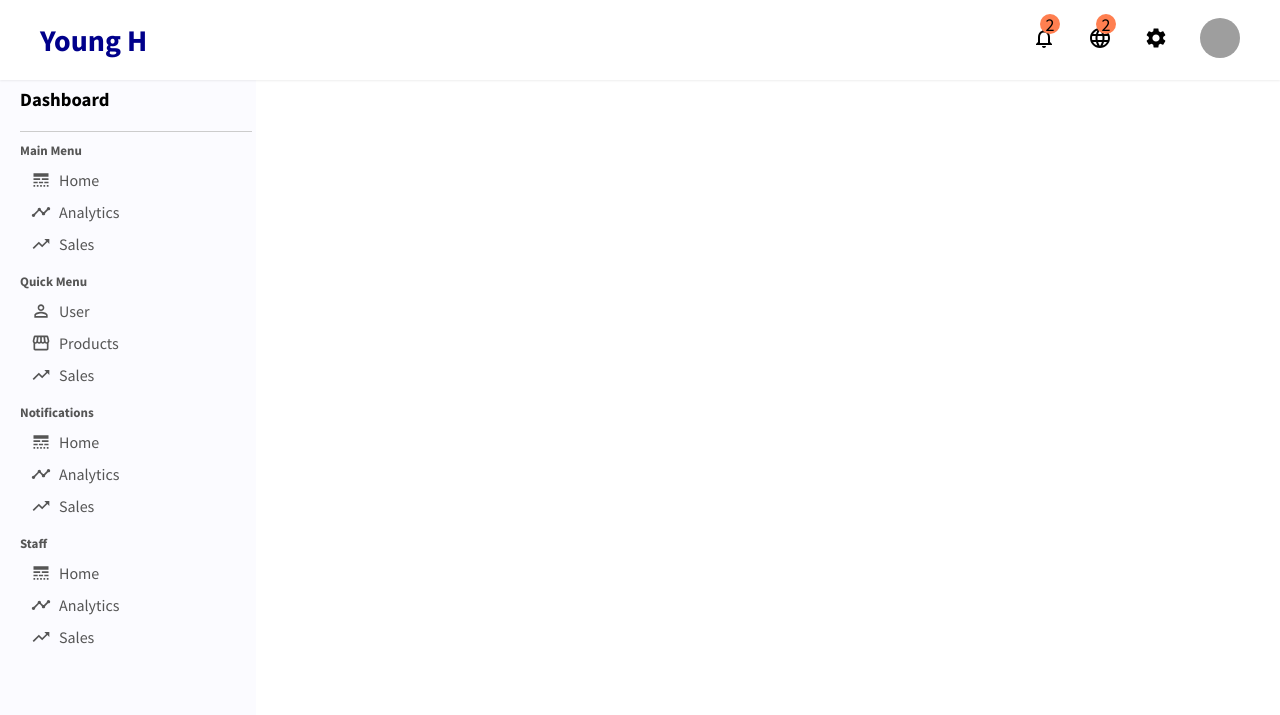
Repository: noname20011/admin
Page: /
These files come from the project's save history. The page is drawn as it stood at one moment and after the next save; the edit follows.
The browser window is 1280 px wide. The pictures show the whole page.
Pictures or frames that could not be fetched are drawn as grey boxes. The project was rebuilt for these pictures with package versions that can differ from the ones it lists, and the page was loaded fresh each time.

Above is the page before, as saved 2021-11-13 10:13:14.

### public/index.html
<!DOCTYPE html>
<html lang="en">
  <head>
    <meta charset="utf-8" />
    <link rel="icon" href="%PUBLIC_URL%/favicon.ico" />
    <meta name="viewport" content="width=device-width, initial-scale=1" />
    <meta name="theme-color" content="#000000" />
    <meta
      name="description"
      content="Web site created using create-react-app"
    />
    <!-- GOOGLE FONTS -->
    <link href="https://fonts.googleapis.com/css2?family=Source+Sans+Pro:wght@200;300;400;600;700;900&display=swap" rel="stylesheet">
    <style>
      * {
        font-family: 'Source Sans Pro', sans-serif;
        padding: 0;
        margin: 0;
      }
    </style>
    <title>React Admin App</title>
  </head>
  <body>
    <div id="root"></div>
  </body>
</html>

### src/App.js
import Topbar from "./comopnents/topbar/Topbar";
import Sidebar from "./comopnents/sidebar/Sidebar";
import './app.css'
function App() {
  return (
    <div>
      <Topbar/>
      <div className="container">
        <Sidebar/>
        <div className="other">

        </div>
      </div>
    </div>
  );
}

export default App;

### src/comopnents/topbar/Topbar.jsx
import React from 'react'
import './topbar.css'

import { Language, NotificationsNone, Settings  } from '@material-ui/icons'

export default function Topbar() {
    return (
        <div className="topbar">
            <div className="topbarWrapper">
                <div className="topLeft">
                    <div className="logo">Young H</div>
                </div>
                <div className="topRight">
                    <div className="topbarIconContainer">
                        <NotificationsNone/>
                        <div className="topIconsBadge">2</div>
                    </div>
                    <div className="topbarIconContainer">
                        <Language/>
                        <div className="topIconsBadge">2</div>
                    </div>
                    <div className="topbarIconContainer">
                        <Settings/>
                    </div>
                    <div>
                        <img src="https://images.pexels.com/photos/1526814/pexels-photo-1526814.jpeg?auto=compress&cs=tinysrgb&dpr=2&w=500" alt="admin" className="topAvatar"/>
                    </div>
                </div>
            </div>
        </div>
    )
}

### src/comopnents/sidebar/Sidebar.jsx
import { LineStyle, PersonOutline, Storefront, Timeline, TrendingUp } from '@material-ui/icons'
import React from 'react'
import "./sidebar.css"
export default function Sidebar() {
    return (
        <div className="sidebar">
            <div className="sidebarWrapper">
                <h3 className="sidebarTitle">Dashboard</h3>
                <div className="sidebarMenu">
                    <h4 className="sidebarMenuTitle">Main Menu</h4>
                    <ul className="sidebarLists">
                        <li className="sidebarListItem">
                            <LineStyle className="sidebarIcon"/>
                            Home
                        </li>
                        <li className="sidebarListItem">
                            <Timeline className="sidebarIcon"/>
                            Analytics
                        </li>
                        <li className="sidebarListItem">
                            <TrendingUp className="sidebarIcon"/>
                            Sales
                        </li>
                    </ul>
                </div>
                <div className="sidebarMenu">
                    <h4 className="sidebarMenuTitle">Quick Menu</h4>
                    <ul className="sidebarLists">
                        <li className="sidebarListItem">
                            <PersonOutline className="sidebarIcon"/>
                            User
                        </li>
                        <li className="sidebarListItem">
                            <Storefront className="sidebarIcon"/>
                            Products
                        </li>
                        <li className="sidebarListItem">
                            <TrendingUp className="sidebarIcon"/>
                            Sales
                        </li>
                    </ul>
                </div>
                <div className="sidebarMenu">
                    <h4 className="sidebarMenuTitle">Notifications</h4>
                    <ul className="sidebarLists">
                        <li className="sidebarListItem">
                            <LineStyle className="sidebarIcon"/>
                            Home
                        </li>
                        <li className="sidebarListItem">
                            <Timeline className="sidebarIcon"/>
                            Analytics
                        </li>
                        <li className="sidebarListItem">
                            <TrendingUp className="sidebarIcon"/>
                            Sales
                        </li>
                    </ul>
                </div>
                <div className="sidebarMenu">
                    <h4 className="sidebarMenuTitle">Staff</h4>
                    <ul className="sidebarLists">
                        <li className="sidebarListItem">
                            <LineStyle className="sidebarIcon"/>
                            Home
                        </li>
                        <li className="sidebarListItem">
                            <Timeline className="sidebarIcon"/>
                            Analytics
                        </li>
                        <li className="sidebarListItem">
                            <TrendingUp className="sidebarIcon"/>
                            Sales
                        </li>
                    </ul>
                </div>
            </div>
        </div>
    )
}

### src/app.css
ul, li {
    list-style: none;
}

a {
    text-decoration: none;
}

.container {
    display: flex;
}

.other {
    flex: 4;
}

### src/comopnents/topbar/topbar.css
.topbar {
    width: 100%;
    height: 80px;
    background: #fff;
    box-shadow: 0 .5px 2px rgba(0, 0, 0, 0.07);

    position: sticky;
    top: 0;
    z-index: 1000;
}

.topbarWrapper {
    height: 100%;
    padding: 0 40px;
    display: flex;
    justify-content: space-between;
    align-items: center;
}

.logo {
    font-weight: bold;
    font-size: 30px;
    color: darkblue;
    cursor: pointer;
}

.topRight {
    display: flex;
    align-items: center;
    column-gap: 2rem;
}
.topbarIconContainer {
    position: relative;
    cursor: pointer;
}

.topIconsBadge {
    font-size: 18px;
    position: absolute;
    top: -12px;
    right: -4px;

    width: 20px;
    height: 20px;
    background-color: coral;
    border-radius: 50%;

    display: flex;
    place-content: center;
    place-items: center;
}

.topAvatar {
    width: 40px;
    height: 40px;
    object-fit: cover;
    border-radius: 50%;
    cursor: pointer;
}

### src/comopnents/sidebar/sidebar.css
.sidebar {
    flex: 1;
    background-color: rgb(251, 251, 255);
    position: sticky;
    top: 80px;
    height: calc(100vh - 80px);
}

.sidebarWrapper {
    padding: 8px 4px 0 20px;
}

.sidebarTitle {
    padding-bottom: 20px;
    margin-bottom: 10px;
    border-bottom: 1px solid #ccc;
}

.sidebarMenu {
    margin-bottom: 8px;
}

.sidebarMenuTitle {
    color: #555;
    font-size: 13px;
}

.sidebarLists {
    padding: 5px;
}

.sidebarListItem {
    display: flex;
    align-items: center;
    column-gap: .5rem;

    padding: 6px;
    color: #555;
    cursor: pointer;
    border-radius: .3rem;
}

.sidebarListItem.active,
.sidebarListItem:hover {
    background:rgba(0, 0, 134, 0.6);
    color: #fff;
}

.sidebarIcon {
    font-size: 20px!important;
}

Loaded but not shown: src/index.js (common file)

After the next save:
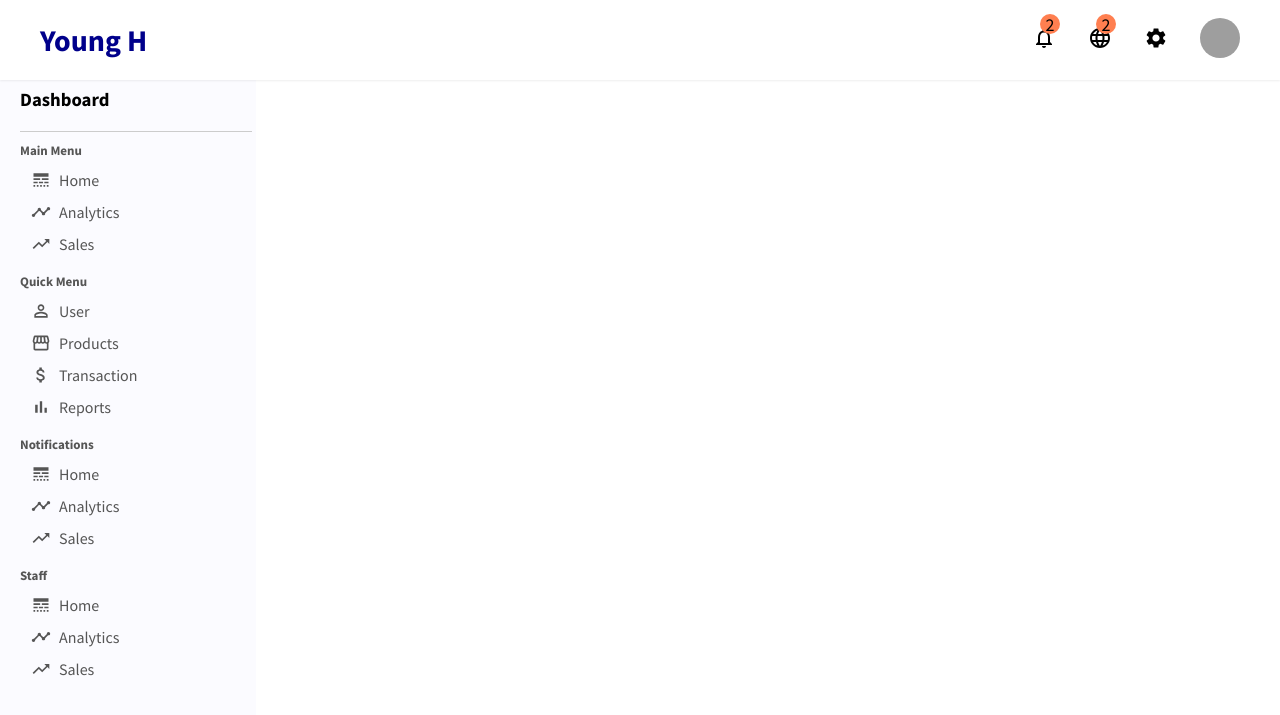
Saved 97 s later.
--- a/src/comopnents/sidebar/Sidebar.jsx
+++ b/src/comopnents/sidebar/Sidebar.jsx
@@ -1,4 +1,4 @@
-import { LineStyle, PersonOutline, Storefront, Timeline, TrendingUp } from '@material-ui/icons'
+import { AttachMoney, BarChart, LineStyle, PersonOutline, Storefront, Timeline, TrendingUp } from '@material-ui/icons'
 import React from 'react'
 import "./sidebar.css"
 export default function Sidebar() {
@@ -35,8 +35,12 @@ export default function Sidebar() {
                             Products
                         </li>
                         <li className="sidebarListItem">
-                            <TrendingUp className="sidebarIcon"/>
-                            Sales
+                            <AttachMoney className="sidebarIcon"/>
+                            Transaction
+                        </li>
+                        <li className="sidebarListItem">
+                            <BarChart className="sidebarIcon"/>
+                            Reports
                         </li>
                     </ul>
                 </div>
